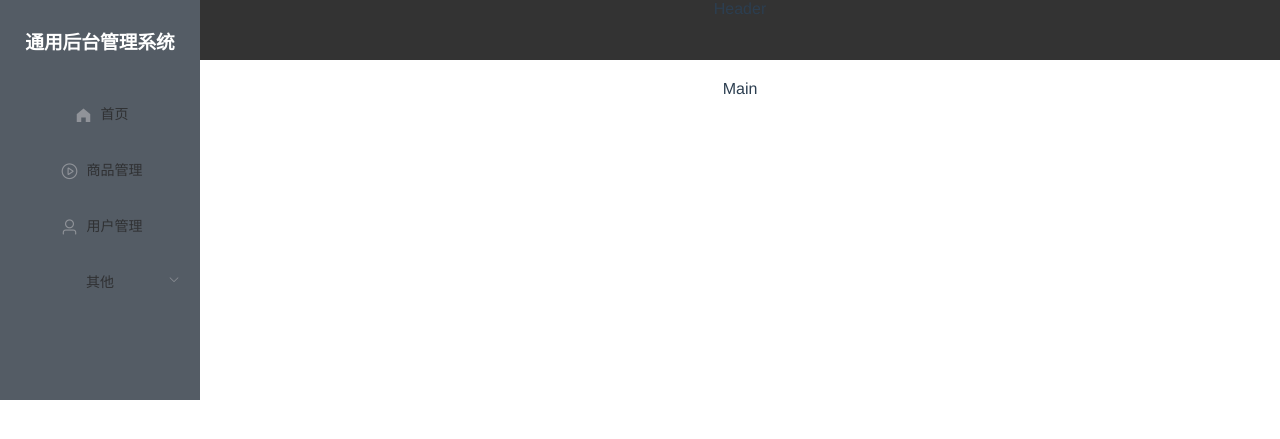
Repository: zhangwen001208/cmd
Page: /
These files come from the project's save history. The page is drawn as it stood at one moment and after the next save; the edit follows.
The browser window is 1280 px wide. The pictures show the whole page.
The project was rebuilt for these pictures with package versions that can differ from the ones it lists, and the page was loaded fresh each time. Also part of the build but not shown: vue.config.js.

Above is the page before, as saved 2022-08-24 17:07:54.

After the next save:
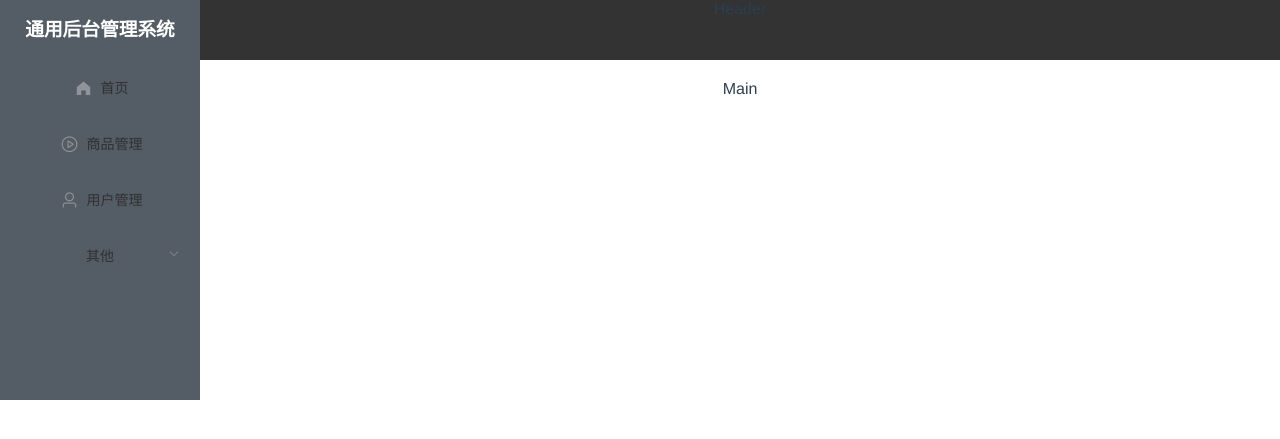
Saved 14 min 8 s later.
--- a/src/components/HomeAside.vue
+++ b/src/components/HomeAside.vue
@@ -107,7 +107,7 @@ export default {
     h3{
       color: #fff;
       text-align: center;
-      line-height: 48px;
+
     }
   }
 
